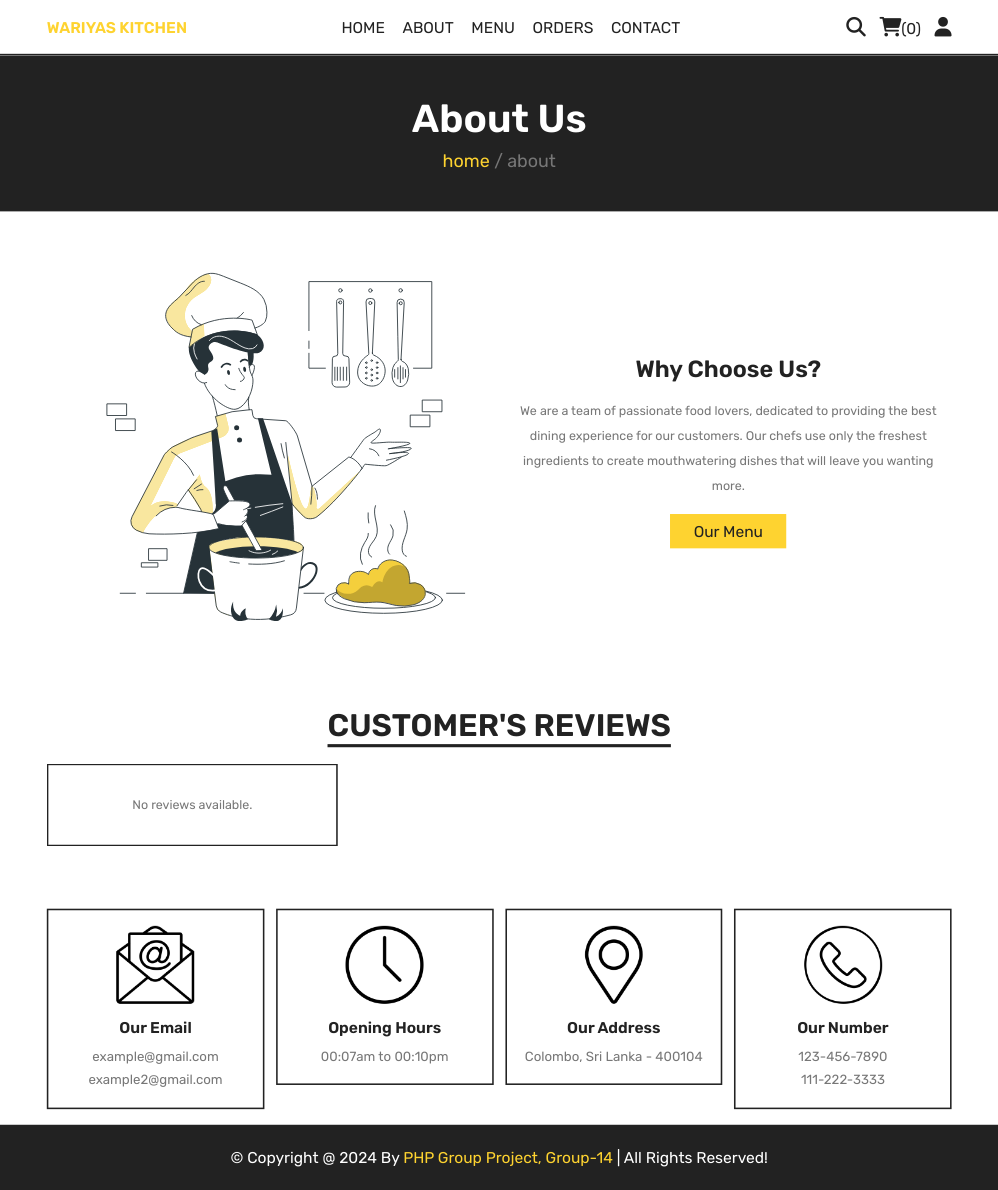
Repository: navodniwarshana/food_order_site
Page: http://localhost/about.php
The author's editor kept a copy of each file at every save. The page is drawn from the files as they stood at one save, then again after the next save.
The browser window is 1280 px wide. The pictures show the whole page, at 78% of full size.
Some web libraries are served in a nearby version. The page is run by PHP 8.4 with error messages shown; the project is at /var/www/html/. Queries for data that is not in the repository find no rows.

Above is the page before, as saved 2024-09-28 19:27:51.
Console error: TypeError: Cannot read properties of null (reading 'style')

### about.php
<?php

include 'components/connect.php';

session_start();

if (isset($_SESSION['user_id'])) {
   $user_id = $_SESSION['user_id'];
} else {
   $user_id = '';
}

?>

<!DOCTYPE html>
<html lang="en">

<head>
   <meta charset="UTF-8">
   <meta http-equiv="X-UA-Compatible" content="IE=edge">
   <meta name="viewport" content="width=device-width, initial-scale=1.0">
   <title>About</title>

   <link rel="stylesheet" href="https://unpkg.com/swiper@8/swiper-bundle.min.css" />
   <!-- font awesome cdn link  -->
   <link rel="stylesheet" href="https://cdnjs.cloudflare.com/ajax/libs/font-awesome/6.1.1/css/all.min.css">
   <!-- custom css file link  -->
   <link rel="stylesheet" href="css/style.css">
</head>

<body>

   <!-- header section starts  -->
   <?php include 'components/user_header.php'; ?>
   <!-- header section ends -->

   <div class="heading">
      <h3>about us</h3>
      <p><a href="home.php">home</a> <span> / about</span></p>
   </div>

   <!-- about section starts -->
   <section class="about">
      <div class="row">
         <div class="image">
            <img src="images/about-img.svg" alt="">
         </div>
         <div class="content">
            <h3>why choose us?</h3>
            <p>We are a team of passionate food lovers, dedicated to providing the best dining experience for our customers. Our chefs use only the freshest ingredients to create mouthwatering dishes that will leave you wanting more.</p>
            <a href="menu.php" class="btn">our menu</a>
         </div>
      </div>
   </section>
   <!-- about section ends -->

   <!-- reviews section starts -->
   <section class="reviews">
      <h1 class="title">customer's reviews</h1>
      <div class="swiper reviews-slider">
         <div class="swiper-wrapper">

            <?php
            // Fetch reviews with correct JOIN condition
            $select_reviews = $conn->prepare("SELECT r.id, r.review_text, r.rating, u.name, u.user_image
                                              FROM `reviews` r
                                              JOIN `users` u ON r.id = u.id
                                              GROUP BY r.id"); // Use GROUP BY to ensure each review is unique
            $select_reviews->execute();
            $reviews = $select_reviews->fetchAll(PDO::FETCH_ASSOC);

            if (count($reviews) > 0) {
               // Loop through all the reviews
               foreach ($reviews as $review) {
                  echo '<div class="swiper-slide slide">';
                  echo '<img src="' . $review['user_image'] . '" alt="User Image">';
                  echo '<p>"' . $review['review_text'] . '"</p>';
                  echo '<div class="stars">';

                  // Display the star rating
                  for ($i = 0; $i < 5; $i++) {
                     if ($i < $review['rating']) {
                        echo '<i class="fas fa-star"></i>';
                     } else {
                        echo '<i class="far fa-star"></i>';
                     }
                  }

                  echo '</div>';
                  echo '<h3>' . $review['name'] . '</h3>';
                  echo '</div>';
               }
            } else {
               echo '<div class="swiper-slide slide">';
               echo '<p>No reviews available.</p>';
               echo '</div>';
            }


            ?>

         </div>
         <div class="swiper-pagination"></div>
      </div>
   </section>
   <!-- reviews section ends -->

   <!-- footer section starts -->
   <?php include 'components/footer.php'; ?>
   <!-- footer section ends -->

   <script src="https://unpkg.com/swiper@8/swiper-bundle.min.js"></script>
   <!-- custom js file link -->
   <script src="js/script.js"></script>

   <script>
      var swiper = new Swiper(".reviews-slider", {
         // loop: true,
         grabCursor: true,
         spaceBetween: 20,
         pagination: {
            el: ".swiper-pagination",
            clickable: true,
         },
         breakpoints: {
            0: {
               slidesPerView: 1,
            },
            700: {
               slidesPerView: 2,
            },
            1024: {
               slidesPerView: 3,
            },
         },
      });
   </script>

</body>

</html>

### components/user_header.php
<?php
if(isset($message)){
   foreach($message as $message){
      echo '
      <div class="message">
         <span>'.$message.'</span>
         <i class="fas fa-times" onclick="this.parentElement.remove();"></i>
      </div>
      ';
   }
}
?>

<header class="header">

   <section class="flex">

      <a href="home.php" style="font-size: 2rem; font-weight: bold; color: #fed330; text-decoration: none;">WARIYAS KITCHEN</a>

      <nav class="navbar">
         <a href="home.php" style="text-transform: uppercase;">HOME</a>
         <a href="about.php" style="text-transform: uppercase;">ABOUT</a>
         <a href="menu.php" style="text-transform: uppercase;">MENU</a>
         <a href="orders.php" style="text-transform: uppercase;">ORDERS</a>
         <a href="contact.php" style="text-transform: uppercase;">CONTACT</a>
      </nav>

      <div class="icons">
         <?php
            $count_cart_items = $conn->prepare("SELECT * FROM `cart` WHERE user_id = ?");
            $count_cart_items->execute([$user_id]);
            $total_cart_items = $count_cart_items->rowCount();
         ?>
         <a href="search.php"><i class="fas fa-search"></i></a>
         <a href="cart.php"><i class="fas fa-shopping-cart"></i><span>(<?= $total_cart_items; ?>)</span></a>
         <div id="user-btn" class="fas fa-user"></div>
         <div id="menu-btn" class="fas fa-bars"></div>
      </div>

      <div class="profile">
         <?php
            $select_profile = $conn->prepare("SELECT * FROM `users` WHERE id = ?");
            $select_profile->execute([$user_id]);
            if($select_profile->rowCount() > 0){
               $fetch_profile = $select_profile->fetch(PDO::FETCH_ASSOC);
         ?>
         <p class="name"><?= $fetch_profile['name']; ?></p>
         <div class="flex">
            <a href="profile.php" class="btn">profile</a>
            <a href="components/user_logout.php" onclick="return confirm('logout from this website?');" class="delete-btn">logout</a>
         </div>
         <p class="account">
            <a href="login.php">login</a> or
            <a href="register.php">register</a>
         </p>
         <?php
            }else{
         ?>
            <p class="name">please login first!</p>
            <a href="login.php" class="btn">login</a>
         <?php
          }
         ?>
      </div>

   </section>

</header>

### components/footer.php
<footer class="footer">

   <section class="grid">

      <div class="box">
         <img src="images/email-icon.png" alt="">
         <h3>our email</h3>
         <a href="mailto:example@gmail.com">example@gmail.com</a>
         <a href="mailto:example2@gmail.com">example2@gmail.com</a>
      </div>

      <div class="box">
         <img src="images/clock-icon.png" alt="">
         <h3>opening hours</h3>
         <p>00:07am to 00:10pm</p>
      </div>

      <div class="box">
         <img src="images/map-icon.png" alt="">
         <h3>our address</h3>
         <a href="#">Colombo, Sri Lanka - 400104</a>
      </div>

      <div class="box">
         <img src="images/phone-icon.png" alt="">
         <h3>our number</h3>
         <a href="tel:1234567890">123-456-7890</a>
         <a href="tel:1112223333">111-222-3333</a>
      </div>

   </section>

   <div class="credit">&copy; copyright @ <?= date('Y'); ?> by <span>PHP Group Project, Group-14</span> | all rights reserved!</div>

</footer>

<!-- <div class="loader">
   <img src="images/loader.gif" alt="">
</div> -->

Loaded but not shown: components/connect.php (common file); images/about-img.svg (1 lines, source omitted); js/script.js (34 lines, source omitted); css/style.css (1119 lines, source omitted)

After the next save:
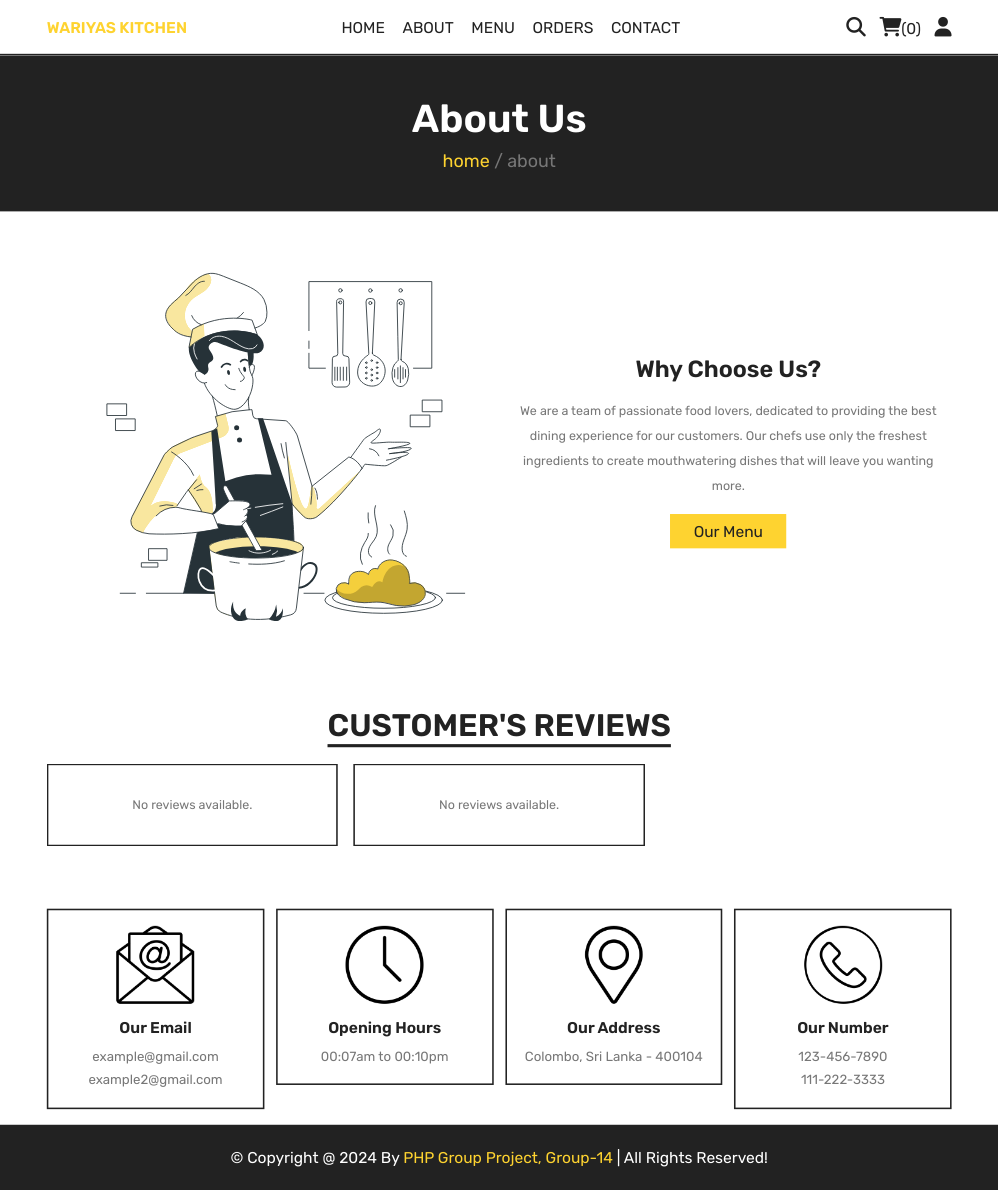
Saved 12 s later.
--- a/about.php
+++ b/about.php
@@ -96,6 +96,32 @@
                echo '</div>';
             }
 
+            if (count($reviews) > 0) {
+               // Loop through all the reviews
+               foreach ($reviews as $review) {
+                  echo '<div class="swiper-slide slide">';
+                  echo '<img src="' . $review['user_image'] . '" alt="User Image">';
+                  echo '<p>"' . $review['review_text'] . '"</p>';
+                  echo '<div class="stars">';
+
+                  // Display the star rating
+                  for ($i = 0; $i < 5; $i++) {
+                     if ($i < $review['rating']) {
+                        echo '<i class="fas fa-star"></i>';
+                     } else {
+                        echo '<i class="far fa-star"></i>';
+                     }
+                  }
+
+                  echo '</div>';
+                  echo '<h3>' . $review['name'] . '</h3>';
+                  echo '</div>';
+               }
+            } else {
+               echo '<div class="swiper-slide slide">';
+               echo '<p>No reviews available.</p>';
+               echo '</div>';
+            }
 
             ?>
 

After the 2 saves that followed:
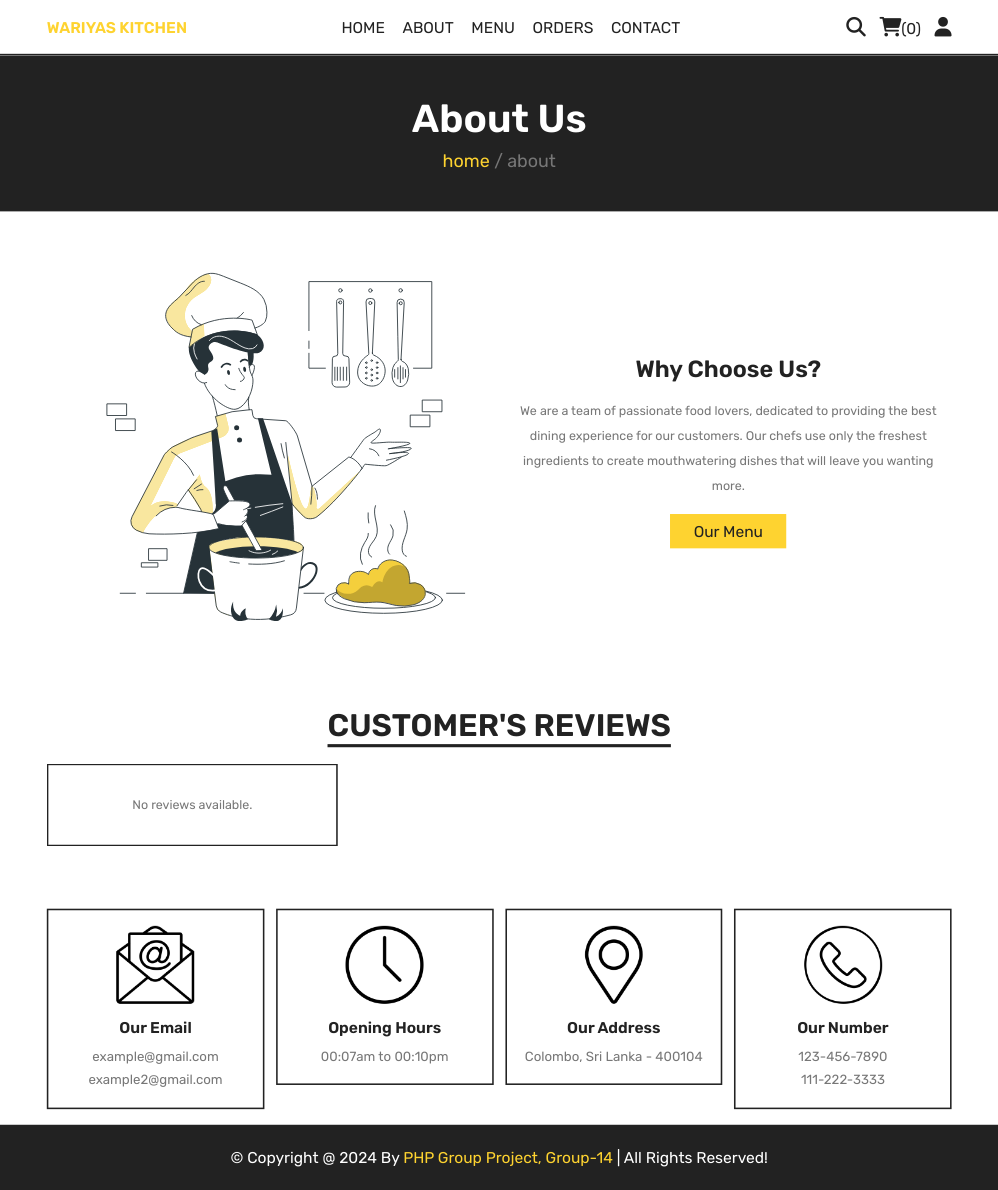
The 2 saves are shown as one change because they came seconds apart.
The last was saved 15 s later.
--- a/about.php
+++ b/about.php
@@ -96,32 +96,6 @@
                echo '</div>';
             }
 
-            if (count($reviews) > 0) {
-               // Loop through all the reviews
-               foreach ($reviews as $review) {
-                  echo '<div class="swiper-slide slide">';
-                  echo '<img src="' . $review['user_image'] . '" alt="User Image">';
-                  echo '<p>"' . $review['review_text'] . '"</p>';
-                  echo '<div class="stars">';
-
-                  // Display the star rating
-                  for ($i = 0; $i < 5; $i++) {
-                     if ($i < $review['rating']) {
-                        echo '<i class="fas fa-star"></i>';
-                     } else {
-                        echo '<i class="far fa-star"></i>';
-                     }
-                  }
-
-                  echo '</div>';
-                  echo '<h3>' . $review['name'] . '</h3>';
-                  echo '</div>';
-               }
-            } else {
-               echo '<div class="swiper-slide slide">';
-               echo '<p>No reviews available.</p>';
-               echo '</div>';
-            }
 
             ?>
 
